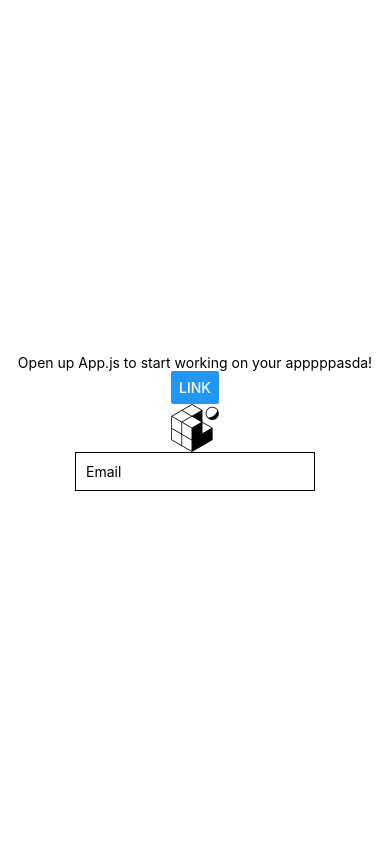
Repository: ntu34543/ReactNativeAndroid
Screen: /
The author's editor kept a copy of each file at every save. The screen is drawn from the files as they stood at one save, then again after the next save.
The app was drawn by React Native's web renderer in a window 390 px wide. The project was rebuilt for these pictures with package versions that can differ from the ones it lists, and the page was loaded fresh each time.

Above is the screen before, as saved 2022-09-23 16:22:19.

### App.js
import { StatusBar } from 'expo-status-bar';
import { StyleSheet, Text, View, Button, Image, TextInput } from 'react-native';

export default function App() {
  return (
    <View style={styles.container}>
      <Text>Open up App.js to start working on your apppppasda!</Text>
      <Button title='Link' />
      <Image source={require('./assets/favicon.png')} />
      <TextInput style={styles.TextInput} placeholder='Email' />
      <StatusBar style="auto" />
    </View>
  );
}

const styles = StyleSheet.create({
  container: {
    flex: 1,
    backgroundColor: '#fff',
    alignItems: 'center',
    justifyContent: 'center',
  },
  TextInput: {
    padding: 10,
    borderWidth: 1,
    borderColor: 'black',
  },
});

After the next save:
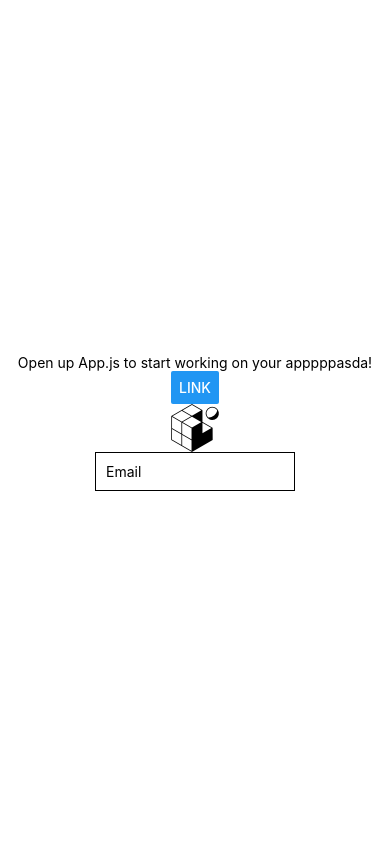
Saved 9 s later.
--- a/App.js
+++ b/App.js
@@ -24,5 +24,6 @@ const styles = StyleSheet.create({
     padding: 10,
     borderWidth: 1,
     borderColor: 'black',
+    width: 200,
   },
 });
